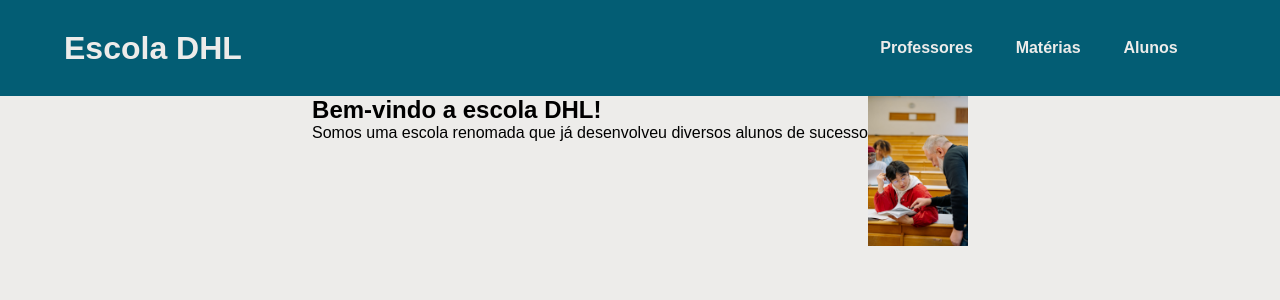
Repository: SirHick/sa-sistema-escola-DHL
Page: front/index.html
An editor plug-in stored every save of this project. The page is shown before and after the next save, followed by the edit.
The browser window is 1280 px wide. The pictures show the whole page.

Above is the page before, as saved 2026-07-17 15:33:23.

After the next save:
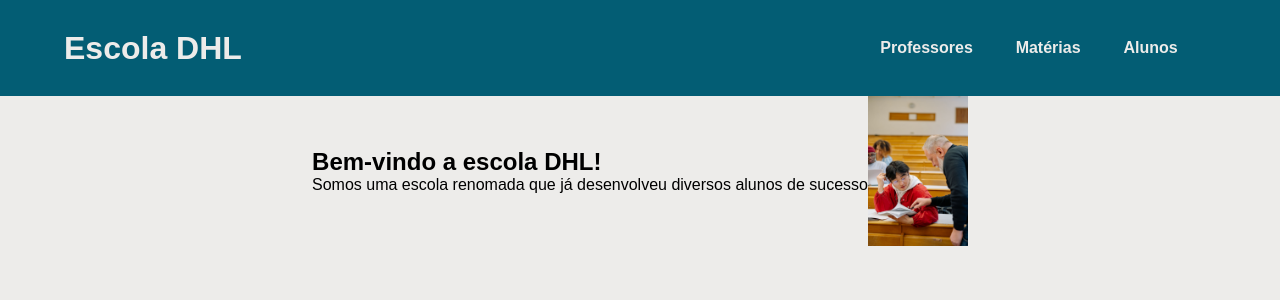
Saved 4 s later.
--- a/front/style.css
+++ b/front/style.css
@@ -45,5 +45,5 @@ header nav a{
 .hero-section{
     justify-self: center;
     display: flex;
-    align-content: center;
+    align-items: center;
 }
